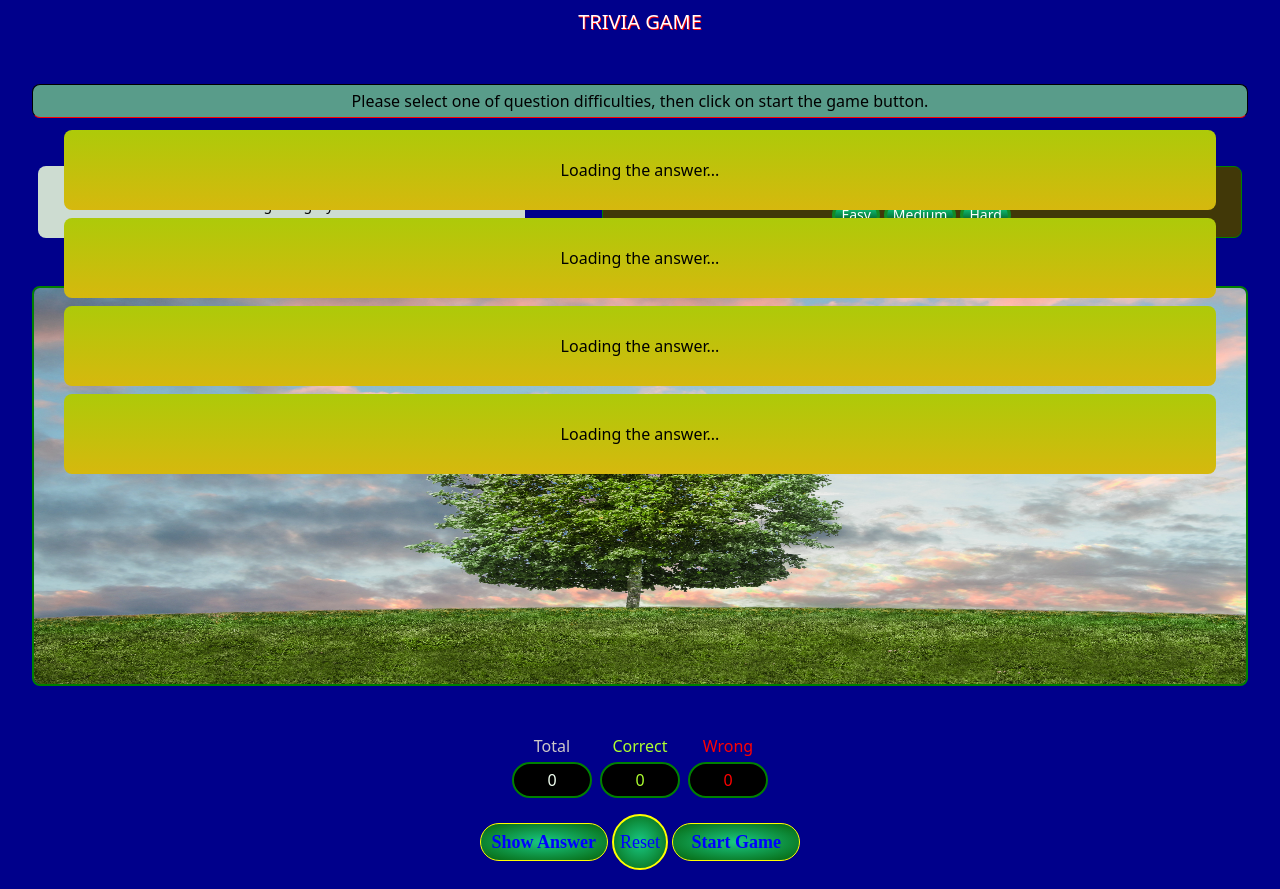
Repository: ShindanoSingi/bembe-trivia
Page: index.html
These files come from the project's save history. The page is drawn as it stood at one moment and after the next save; the edit follows.
The browser window is 1280 px wide. The pictures show the whole page.
Some web libraries are served in a nearby version.

Above is the page before, as saved 2022-09-08 01:01:33.

### index.html
<!DOCTYPE html>
<html lang="en">

    <head>
        <meta charset="UTF-8">
        <meta http-equiv="X-UA-Compatible" content="IE=edge">
        <meta name="viewport" content="width=device-width, initial-scale=1.0">
        <link rel="stylesheet" href="style.css">
        <script src="https://cdn.tailwindcss.com"></script>
        <title>Trivia Game</title>
    </head>

    <body class="">
        <div class="containerBox max-h-[100vh] my-2 flex flex-col gap-[3rem]">
            <h1 class="text-center text-xl" >TRIVIA GAME</h1>
            <div class="questionBox text-center w-[95vw] px-2 h-[6.5rem] p-1 mx-auto rounded-lg">
                Please select one of question difficulties, then click on start the game button.
            </div>
            <div class="category-and-difficulty-container items-center justify-around flex">
                <div class="category-container w-[38vw] h-[4.5rem] bg-[#CDDCD1] flex items-center flex-col py-[0.3rem] rounded-lg">
                    <div class="labelCategory text-sm font-bold text-black">CATEGORY</div>
                    <div class="category text-sm text-center p-1 rounded-lg">
                        Loading category...
                    </div>
                </div>
                <div class="qDifficultyBox w-[50vw] pb-1 rounded-lg items-center flex h-[4.5rem] justify-around flex-col">
                        <div id="question" class="qCat text-sm">QUESTION DIFFICULTY</div>
                        <div class="difficulties-container flex gap-1">
                            <button class="difficulty px-1.5 text-sm rounded-full" id="easy">Easy</button>
                            <button class="difficulty px-1.5 rounded-full text-sm" id="medium">Medium</button>
                            <button class="difficulty px-1.5 text-sm rounded-full" id="hard">Hard</button>
                    </div>
                </div>
            </div>
            <div class="imgAndQuestions">
                <img class="w-[95vw] h-[25rem] mx-auto" src="pexels-skitterphoto-9198.jpg" alt="nature image">
                <div class="answersButtons absolute bottom-[15.4rem] ml-[5vw] flex space-y-2 items-center  flex-col">
                    <button class="showAnswer w-[90vw] p-1 absolute bottom-[17rem] mx-auto text-sm h-[5rem]">Loading the answer...</button>
                    <button class="response w-[90vw] p-1 text-center text-md h-[5rem]" id="response1">Loading the answer...</button>
                    <button class="response w-[90vw] p-1 text-md h-[5rem]" id="response2">Loading the answer...</button>
                    <button class="response w-[90vw] p-1 text-md h-[5rem]" id="response3">Loading the answer...</button>
                    <button class="response w-[90vw] p-1 text-md h-[5rem]" id="response4">Loading the answer...</button>
                    </div>
                </div>

            <div id="bottomPart" class="flex  mx-auto flex-col items-center gap-4">
                <div class="labelsAndButtons relative left-1 flex space-x-2">
                    <div class="question-number flex flex-col items-center">
                        <p class="labels pb-1" id="labelQ">Total</p>
                        <div class="bottombuttons w-[5rem] text-center py-1" id="questionNumber">0</div>
                    </div>
                    <div class="correct-answers flex flex-col items-center">
                        <p class="labels pb-1" id="labelC">Correct</p>
                        <div class="bottombuttons w-[5rem] text-center py-1" id="correct">0</div>
                    </div>
                    <div class="wrong-answers flex flex-col items-center">
                        <p class="labels pb-1" id="labelW">Wrong</p>
                        <div class="bottombuttons w-[5rem] text-center py-1" id="wrong">0</div>
                    </div>
                    <div class="timerQuestionCorrectWrong"></div>
                </div>
                <div class="threeBottomButtons">
                    <button class="w-[8rem] text-lg py-1" id="showAnswer">Show Answer</button>
                    <button class="reset text-lg p-1 w-[3.5rem] h-[3.5rem] rounded-full">Reset</button>
                    <button class="startGame text-lg w-[8rem] py-1">Start Game</button>
                </div>
            </div>
            </div>
        <script src="./script.js"></script>
    </body>
</html>

### style.css

/* iPhone 8 and smaller */

    /*  Set h1 text to red */
    h1 {
        color: #fff;
        text-shadow: 0.05rem 0.05rem red;
    }

    /* The box containing the question */
    .questionBox {
        color: rgb(0, 0, 0);
        border: 0.02rem solid;
        background-color: rgb(89, 156, 138);
        border-bottom-color: red;
    }

    /* Label for category */
    .labelCategory {
        color: white;
    }

    /* The show answer message box */
    .showAnswer {
        color: honeydew;
        visibility: hidden;
        border: 0.1rem solid green;
        border-radius: 0.5rem;
        background-color:rgb(2, 27, 3);
    }
    /*  Individual difficulty button */
    .difficulty {
        background-image: linear-gradient(rgb(16, 221, 142), rgb(4, 58, 7));
        border: 0.2rem solid rgb(21, 139, 35);
        color: white;
    }

    /*  Class containing all difficulty buttons */
    .difficulties-container {
        border-color: green;
    }
    /* The box containing difficulty buttons */
    .qDifficultyBox {
        border: 0.14vh solid green;
        background-color: rgb(65, 56, 8);
        color: white;
    }

    /* image */
    img {
        border: 0.15rem solid green;
        border-radius: 0.5rem;
    }
    /* all response buttons */
    .response {
        border-color: green;
        background-image: linear-gradient(rgb(173, 202, 9), rgb(214, 184, 14));
        color: black;
        border-radius: 0.5rem;
    }
    /* All response buttons */
    .response:hover {
        background-image: linear-gradient(rgb(32, 90, 165), rgb(72, 168, 192));
    }

    /* Show answer button */
    #showAnswer {
        color: blue;
        border: 0.54vh solid green;
        border: 0.27vh solid yellow;
        border-radius: 20rem;
        font-family: cursive;
        font-weight: bold;
        background-image: radial-gradient(rgb(25, 201, 133), rgb(6, 99, 10));
    }
    #showAnswer:hover {
        background-image: radial-gradient(rgb(201, 25, 25), rgb(93, 99, 6));
        color: white;
    }
    /* Start game button */
    .startGame {
        color: blue;
        border: 0.54vh solid green;
        border: 0.27vh solid yellow;
        border-radius: 20rem;
        font-family: cursive;
        font-weight: bold;
        background-image: radial-gradient(rgb(25, 201, 133), rgb(6, 99, 10));
    }
    /* Start game button */
    .startGame:hover {
        background-image: radial-gradient(rgb(201, 25, 25), rgb(93, 99, 6));
        color: white;
    }
    /* Reset button */
    .reset {
        color: blue;
        border: 0.5rem solid green;
        border: 0.15rem solid yellow;
        font-family: cursive;
        background-image: radial-gradient(rgb(25, 201, 133), rgb(6, 99, 10));
    }
    /* Reset button */
    .reset:hover {
        background-image: radial-gradient(rgb(201, 25, 25), rgb(93, 99, 6));
        color: white;
    }

    /* Class containing the 3 bottom labels  (total questions, correct answers and wrong answers) */
    .question-number {
        color: rgb(205, 200, 200);
    }

    .correct-answers {
        color: greenyellow;
    }

    .wrong-answers {
        color: red;
    }

    /* The bottom boxes for total question number, correct answers and wrong answers */
    .bottombuttons {
        border: 0.15rem solid green;
        background-color: black;
        color: honeydew;
        border-radius: 2rem;
    }

    /* Set the wrong anser to red */
    #wrong {
        color: rgb(255, 0, 0);
    }
    /* Set the correct anser to green */
    #correct {
        color: greenyellow;
    }

    /* Change the color when "easy" button is hovered over */
    #easy:hover {
        background-image: linear-gradient(rgb(202, 9, 9), rgb(214, 184, 14));
    }
    /* Change the color when "easy" button is hovered over */
    #medium:hover {
        background-image: linear-gradient(rgb(202, 9, 9), rgb(214, 184, 14));
    }
    /* Change the color when "easy" button is hovered over */
    #hard:hover {
        background-image: linear-gradient(rgb(202, 9, 9), rgb(214, 184, 14));
    }

    body {
      background-color: darkblue;
    }

### script.js
// Declaring variables

// Capture win window
let winWindow = document.querySelector('.win');

// Declae win reset button
let winResetButton = document.querySelector('.winReset');

// define lose reset button
let loseResetButton = document.querySelector('.loseReset');

// define lose window
let loseWindow = document.querySelector('.lose');

// define win image
let winImage = document.querySelector('.winImage')

// define a message if the payer loses the game
let loseMessage = document.querySelector('#losePar');

// define
let video = document.querySelector('#myVideo');

// Get Body content
let body = document.querySelector('body');

// This will hold category information
let category = document.querySelector('.category');

// This will hold the question
let question = document.querySelector('.questionBox');

// This is for all response buttons
let answerButtons = document.querySelector('.answersButtons');

// Define difficulty buttons
let difficultyButtons = document.querySelector('.difficulties-container');

// Define image
let image = document.querySelector('img');

// Define audio button
let audioButton = document.querySelector('.audio');

// Declaring individual difficulty buttons
let easyButton = document.querySelector('#easy');
let mediumButton = document.querySelector('#medium');
let hardButton = document.querySelector('#hard');

// This is for individual responses
let response1 = document.querySelector('#response1');
let response2 = document.querySelector('#response2');
let response3 = document.querySelector('#response3');
let response4 = document.querySelector('#response4');

// Define the total number of questions' box.
let totNumQuestionsBox = document.querySelector('#questionNumber');

// This will hold number of correct answers
let cAnswer = document.querySelector('#correct');

// This will hold number of wrong answers
let wAnswer = document.querySelector('#wrong');

// Define the "show answer" button
let showAnswerButton = document.querySelector('#showAnswer');

let corrAnswer;

// Create new audio objects
// Code source: https://www.w3schools.com/jsref/met_audio_play.asp
let audio = new Audio('general-logo-13395.mp3');

let questionscoreCount = 0;
let correctAnswerScoreCount = 0;
let wrongAnswerscoreCount = 0;
let scoreCount = 0;
let clear = '';
let difficulty = '';

// Set winning scoreCount
let winningscoreCount = 6;

let highscoreCount = 0;

let startGame = document.querySelector('.startGame');

// Takes the response from fetch
let triviaQuestion;

// Define a global url which will be accessed by multiple functions
let url;

// Array of all Images/jpg
// https://www.pexels.com/search/environment/
let arrayImages = [];
arrayImages.push('pexels-ákos-szabó-440731.jpg');
arrayImages.push('pexels-atikul-haque-rafat-679598.jpg');
arrayImages.push('pexels-felix-mittermeier-957024.jpg');
arrayImages.push('pexels-ian-turnell-709552.jpg');
arrayImages.push('pexels-karolina-grabowska-5750182.jpg');
arrayImages.push('pexels-mahima-1250260.jpg');
arrayImages.push('pexels-mali-maeder-142497.jpg');
arrayImages.push('pexels-matthias-cooper-580900.jpg');
arrayImages.push('pexels-min-an-1131458.jpg');
arrayImages.push('pexels-minamarie-michell-570041.jpg');
arrayImages.push('pexels-olya-kobruseva-5236397.jpg');
arrayImages.push('pexels-pixabay-33044.jpg');
arrayImages.push('pexels-pixabay-221012.jpg');
arrayImages.push('pexels-pixabay-235615.jpg');
arrayImages.push('pexels-pixabay-259280.jpg');
arrayImages.push('pexels-pixabay-302804.jpg');
arrayImages.push('pexels-pixabay-414090.jpg');
arrayImages.push('pexels-pixabay-459225.jpg');
arrayImages.push('pexels-pixabay-459225.jpg');
arrayImages.push('pexels-pixabay-460621.jpg');
arrayImages.push('pexels-scott-webb-1048033.jpg');
arrayImages.push('pexels-skitterphoto-9198.jpg');
arrayImages.push('pexels-sohail-na-807598.jpg');

// for correct and wrong answer song; source code:
// https://www.dreamstime.com/stock-music-sound-effect/wrong-answer-answer.html

// Reset the game when the "Reset" button is clicked
let resetButton = document.querySelector('.reset');
resetButton.addEventListener('click', () => {

    // Code source: https://www.w3schools.com/jsref/met_audio_play.asp
    audio.volume = 0.2;

    // Refresh the page/window
    window.location.reload();
});

// Assign color to all answer buttons and call "play" function
let startButton = () => {

    // Increament the score count.
    scoreCount++;

    // Select all responses buttons.
    let responses = document.querySelectorAll('.response');
    responses.forEach(response => {
        response.style.backgroundImage = 'linear-gradient(rgb(173, 202, 9), rgb(57, 14, 214));'
    })

    // When the "Start The Game" button is presNexted, Call "play" function
    play();
}

// Select difficulty buttons
difficultyButtons.addEventListener('click', e => {

    // Target the element/button by its id.
    difficulty = e.target.id;

    // Only change the color "easy" button is selected, then enable "Start The Game"
    if (difficulty === 'easy') {

        // Only change the background of "easy button" to a different color, and let other bottons'
        // colors unchanged.
        e.target.style.backgroundImage = 'linear-gradient(rgb(9, 25, 202), rgb(81, 14, 214))';
        mediumButton.style.backgroundImage = `linear-gradient(rgb(16, 221, 142), rgb(4, 58, 7))`;
        hardButton.style.backgroundImage = `linear-gradient(rgb(16, 221, 142), rgb(4, 58, 7))`;

        // Start the Game when "Start The Game" is clicked
        let startGame = document.querySelector('.startGame');
        startGame.addEventListener('click', () => {
            startButton();
        });
    }

    // Only change the color "medium" button is selected, then enable "Start The Game"
    else if (difficulty === 'medium') {

        // Only change the background of "medium button" to a different color, and let other bottons'
        // colors unchanged.
        e.target.style.backgroundImage = 'linear-gradient(rgb(9, 25, 202), rgb(81, 14, 214))';
        easyButton.style.backgroundImage = `linear-gradient(rgb(16, 221, 142), rgb(4, 58, 7))`;
        hardButton.style.backgroundImage = `linear-gradient(rgb(16, 221, 142), rgb(4, 58, 7))`;

        // Start the Game when "Start The Game" is clicked
        startGame.addEventListener('click', () => {
            startButton();
        });
    }

    // Only change the color "hard" button is selected, then enable "Start The Game"
    else if (difficulty === 'hard') {

        // Only change the background of "hard button" to a different color, and let other bottons'
        // colors unchanged.
        e.target.style.backgroundImage = 'linear-gradient(rgb(9, 25, 202), rgb(81, 14, 214))';
        mediumButton.style.backgroundImage = `linear-gradient(rgb(16, 221, 142), rgb(4, 58, 7))`;
        easyButton.style.backgroundImage = `linear-gradient(rgb(16, 221, 142), rgb(4, 58, 7))`;



        // Start the Game when "Start The Game" is clicked
        startGame.addEventListener('click', () => {
            startButton();
        });
    }

    // Return the value of the chosen difficulty button.
    return difficulty;
})



// Play the game when the start game button is click.
function play() {

    // Define and get a random number
    // Source: https://www.w3schools.com/jsref/jsref_random.asp
    let randomQuestion = Math.floor(Math.random() * 10 + 9);

    // Get the question from the API
    // Source: https://opentdb.com/api_config.php
    url = `https://opentdb.com/api.php?amount=50&difficulty=${difficulty}&type=multiple`

    // Define an empty array that will hold the correct answer and 3 wrong answers
    let arr = [];

    // fetch the the result for the above url.
    fetch(url)
        .then(res => {
            return res.json()
        })

        .then(res => {

            triviaQuestion = res;

            // Capture the correct from the response
            corrAnswer = res.results[0].correct_answer;

            arr.push(res.results[0].correct_answer);
            arr.push(res.results[0].incorrect_answers[0])
            arr.push(res.results[0].incorrect_answers[2])
            arr.push(res.results[0].incorrect_answers[1])

            category.innerHTML = res.results[0].category
            question.innerHTML = res.results[0].question

            // Assigning answers to answers buttons
            response1.innerHTML = arr[0];
            response2.innerHTML = arr[1];
            response3.innerHTML = arr[2];
            response4.innerHTML = arr[3];

            // Shuffling the array to avoid answers pattern.
            for (let i = arr.length - 1; i > 0; i--) {
                let j = Math.floor(Math.random() * (i + 1))

                let tempNum = arr[i];
                arr[i] = arr[j];
                arr[j] = tempNum;
            }
        })
}


// Track the clicking event of each answerButton
answerButtons.addEventListener('click', (event) => {

    // Check if the selected answer is equal to correct answer
    if (event.target.innerText === triviaQuestion.results[0].correct_answer) {

        // Increment total number of question
        scoreCount++;

        // Increament the the number of correct answers.
        correctAnswerScoreCount++;

        // Write the correct answer in the correct answer box
        cAnswer.innerText = correctAnswerScoreCount;

        for (let i = arrayImages.length - 1; i > 0; i--) {
            let j = Math.floor(Math.random() * (i + 1))

            let tempNum = arrayImages[i];
            arrayImages[i] = arrayImages[j];
            arrayImages[j] = tempNum;
        }

        // Play a random video
        image.src = arrayImages[1];

        // Set the background of the correct answer to green
        event.target.style.backgroundImage = `linear-gradient(rgb(0, 255, 106),
        rgb(9, 106, 28))`;

        // Call the next question
        nextQuestion()
    }

    // Check if the selected answer is not equal to the correct answer
    else if (event.target.innerText !== triviaQuestion.results[0].correct_answer) {

        // Play this audio if the answer is incorrect
        let audioWrongAnswer = new Audio('wrongAnswer.mp3');


        for (let i = arrayImages.length - 1; i > 0; i--) {
            let j = Math.floor(Math.random() * (i + 1))

            let tempNum = arrayImages[i];
            arrayImages[i] = arrayImages[j];
            arrayImages[j] = tempNum;
        }

        // Play a random video
        image.src = arrayImages[0];

        // Incremment scoreCount
        scoreCount++;

        // Increament the the number of incorrect answers.
        wrongAnswerscoreCount++;

        // Set the background of the correct answer to red
        event.target.style.backgroundImage = 'linear-gradient(rgb(220, 7, 7), #fa0a0a)';

        // Write the incorrect answer in the wrong answer box
        wAnswer.innerHTML = wrongAnswerscoreCount;
    }

    // Call the next question
    nextQuestion();
})

// Refresh the window reset all numbers to 0 and all texts to empty.
function refreshWindow() {
    window.location.reload()
}

// This function runs when the player calls for the next question.
function nextQuestion() {


    // Source: https://www.w3schools.com/jsref/jsref_random.asp
    let randomQuestions = Math.floor(Math.random() * 10 + 9);

    let urlNext = `https://opentdb.com/api.php?amount=1&category=${randomQuestions}&type=multiple`

    let arrNext = [];

    fetch(urlNext)
        .then(resNext => {
            return resNext.json()
        })

        .then(resNext => {

            // Capture the correct from the response
            corrAnswer = resNext.results[0].correct_answer;

            // Assign the response from fetch to triviaQuestion
            triviaQuestion = resNext;

            arrNext.push(resNext.results[0].correct_answer);
            arrNext.push(resNext.results[0].incorrect_answers[0])
            arrNext.push(resNext.results[0].incorrect_answers[2])
            arrNext.push(resNext.results[0].incorrect_answers[1])

            // Shuffling the array to avoid answers pattern.
            // source: https://www.geeksforgeeks.org/how-to-shuffle-an-array-using-javascript/

            for (let i = arrNext.length - 1; i > 0; i--) {
                let j = Math.floor(Math.random() * (i + 1))

                let tempNums = arrNext[i];
                arrNext[i] = arrNext[j];
                arrNext[j] = tempNums;
            }

            // Assigning original coloanswers to answers buttons
            response1.innerHTML = arrNext[0];
            response1.style.backgroundImage = 'linear-gradient(rgb(173, 202, 9), rgb(57, 14, 214))'

            response2.innerHTML = arrNext[1];
            response2.style.backgroundImage = 'linear-gradient(rgb(173, 202, 9), rgb(57, 14, 214))'

            response3.innerHTML = arrNext[2];
            response3.style.backgroundImage = 'linear-gradient(rgb(173, 202, 9), rgb(57, 14, 214))'

            response4.innerHTML = arrNext[3];
            response4.style.backgroundImage = 'linear-gradient(rgb(173, 202, 9), rgb(57, 14, 214))'

            category.innerHTML = resNext.results[0].category
            question.innerHTML = resNext.results[0].question

            console.log(resNext.results[0])

        })
}

// Display the answer if the "show Andwer" button is clicked for 1 second, then hide the answer.
showAnswerButton.addEventListener('click', () => {
    let answerBox = document.querySelector('.showAnswer');

    setTimeout(function () {
        answerBox.style.visibility = 'visible';
        answerBox.style.zIndex = '100';

        answerBox.innerHTML = corrAnswer;
        //Hide the answer
        setTimeout(function () {
            answerBox.style.visibility = 'hidden';

        }, 1000)
    }, 1000)

    if (answerBox.innerHTML === 'undefined') {
        answerBox.innerHTML = "Loading the answer...";
    }
    else {
        answerBox.innerHTML = "Loading the answer...";
    }
})

After the next save:
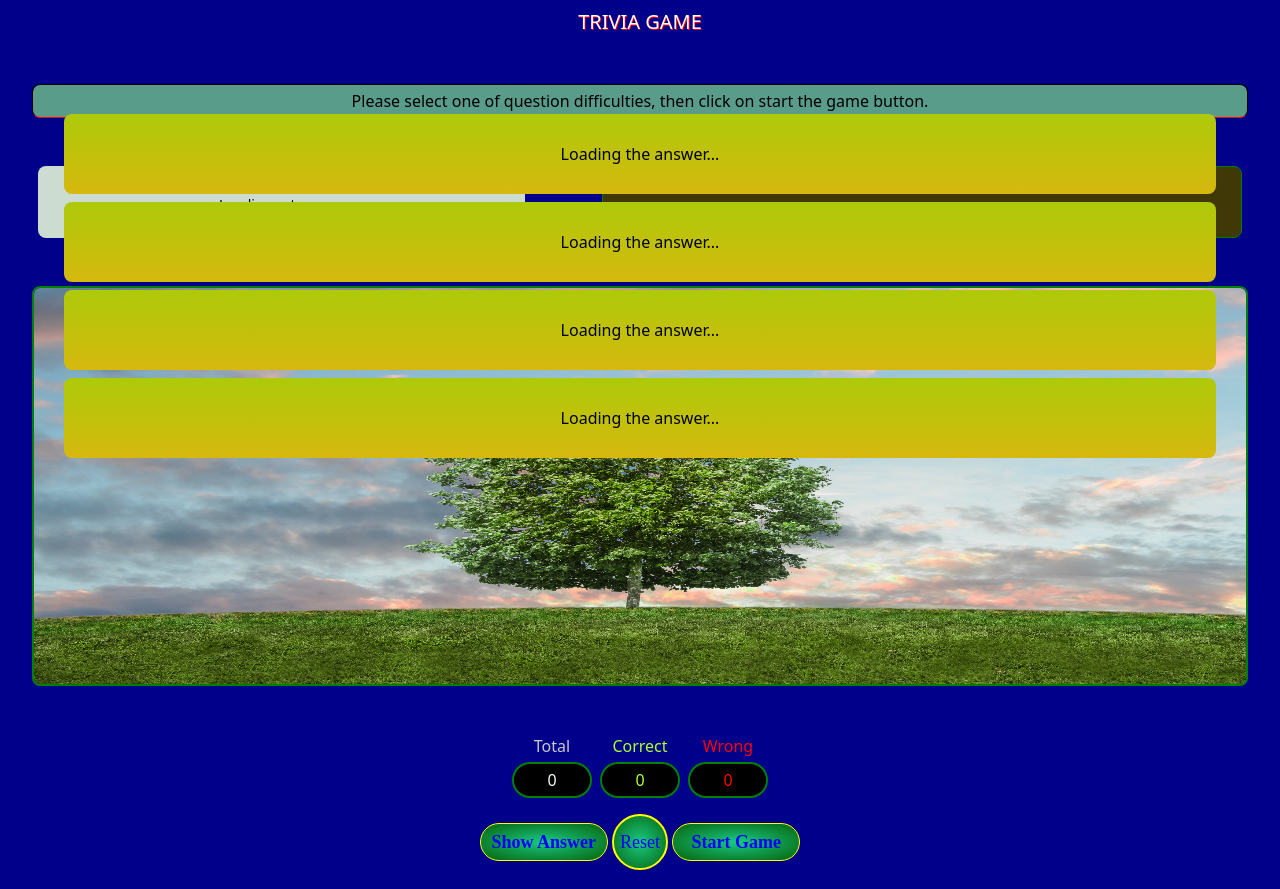
Saved 4 s later.
--- a/index.html
+++ b/index.html
@@ -34,7 +34,7 @@
             </div>
             <div class="imgAndQuestions">
                 <img class="w-[95vw] h-[25rem] mx-auto" src="pexels-skitterphoto-9198.jpg" alt="nature image">
-                <div class="answersButtons absolute bottom-[15.4rem] ml-[5vw] flex space-y-2 items-center  flex-col">
+                <div class="answersButtons absolute bottom-[16.4rem] ml-[5vw] flex space-y-2 items-center  flex-col">
                     <button class="showAnswer w-[90vw] p-1 absolute bottom-[17rem] mx-auto text-sm h-[5rem]">Loading the answer...</button>
                     <button class="response w-[90vw] p-1 text-center text-md h-[5rem]" id="response1">Loading the answer...</button>
                     <button class="response w-[90vw] p-1 text-md h-[5rem]" id="response2">Loading the answer...</button>
